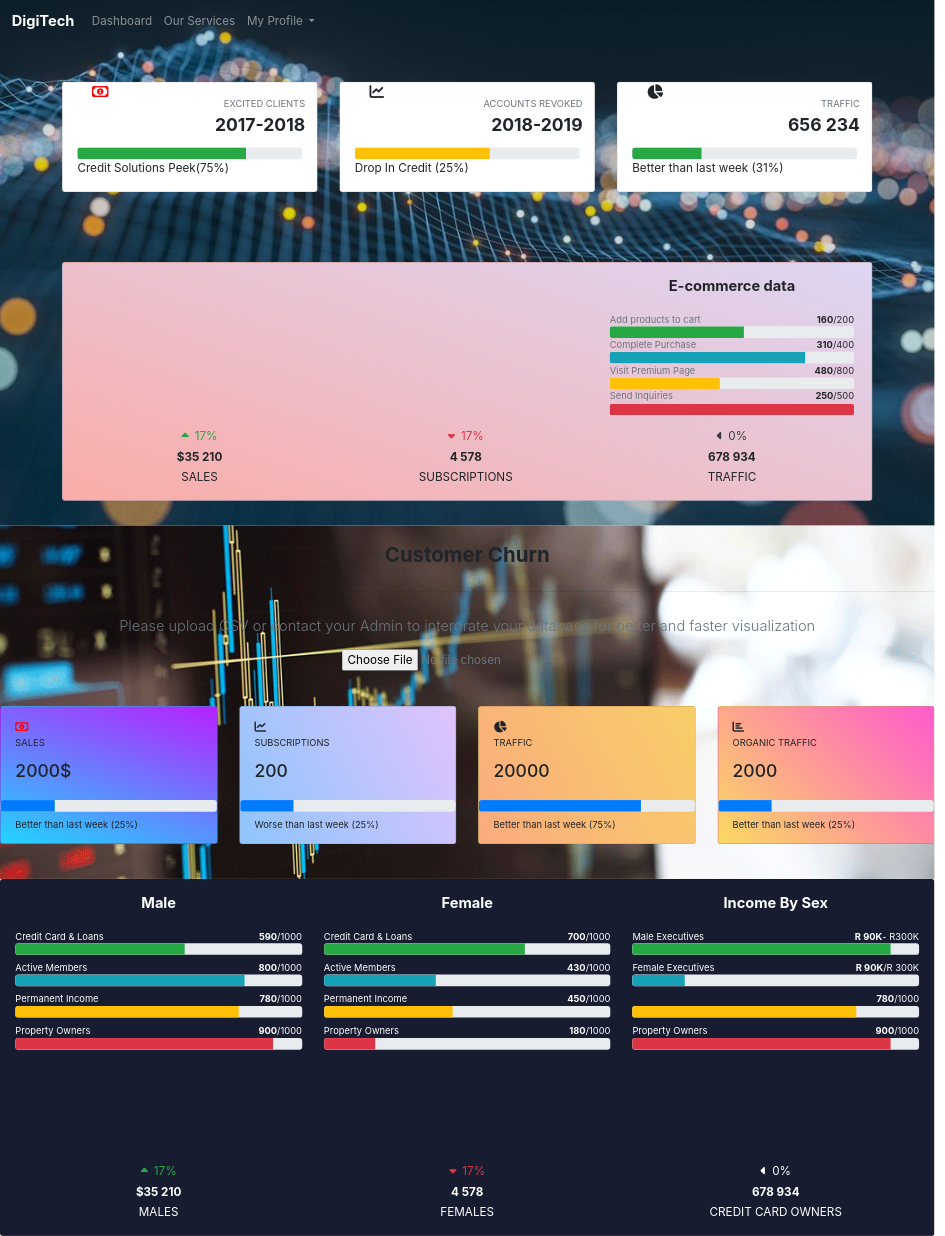
Repository: Tookliin/DigiTech
Page: /data
The author's editor kept a copy of each file at every save. The page is drawn from the files as they stood at one save, then again after the next save.
The browser window is 1280 px wide. The page is 1295 px wide, so the pictures cover 1295 px, including what lies to the right of the window. The pictures show the whole page, at 73% of full size.
The project was rebuilt for these pictures with package versions that can differ from the ones it lists, and the page was loaded fresh each time. Also part of the build but not shown: src/components/Dashboard.vue, src/components/Profile.vue, src/components/Error.vue, src/components/Register.vue.

Above is the page before, as saved 2020-07-22 10:34:33.

After the next save:
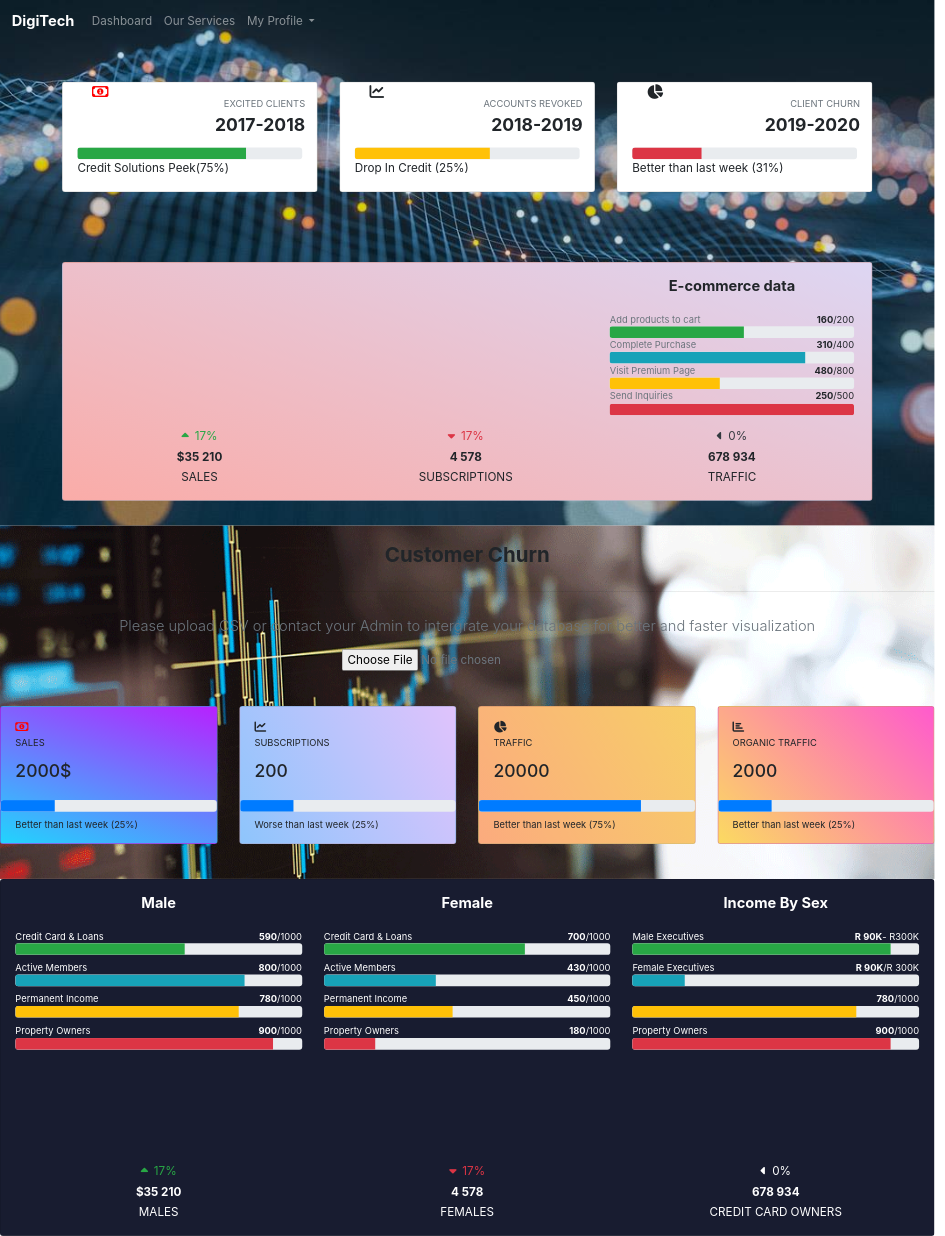
Saved 54 s later.
--- a/src/components/Organization.vue
+++ b/src/components/Organization.vue
@@ -50,13 +50,13 @@
           <div class="">
             <i class="fas fa-chart-pie fa-lg purple z-depth-2 p-4 ml-3 mt-n3 rounded text-black"></i>
             <div class="float-right text-right p-3">
-              <p class="text-uppercase text-muted mb-1"><small>traffic</small></p>
-              <h4 class="font-weight-bold mb-0">656 234</h4>
+              <p class="text-uppercase text-muted mb-1"><small>Client Churn</small></p>
+              <h4 class="font-weight-bold mb-0">2019-2020</h4>
             </div>
           </div>
           <div class="card-body pt-0">
             <div class="progress md-progress">
-              <div class="progress-bar bg-success" role="progressbar" style="width: 31%" aria-valuenow="31" aria-valuemin="0"
+              <div class="progress-bar bg-danger" role="progressbar" style="width: 31%" aria-valuenow="31" aria-valuemin="0"
                 aria-valuemax="100"></div>
             </div>
             <p class="card-text">Better than last week (31%)</p>
